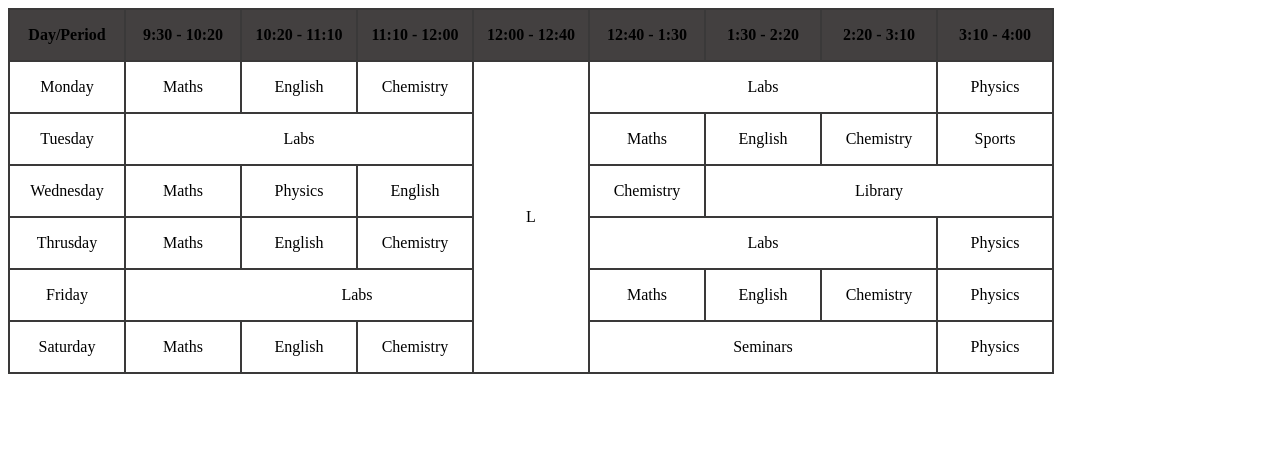
Repository: nir-github01/Html
Page: assign1-table.html
The author's editor kept a copy of each file at every save. The page is drawn from the files as they stood at one save, then again after the next save.
The browser window is 1280 px wide. The pictures show the whole page.

Above is the page before, as saved 2022-09-27 20:05:50.

After the next save:
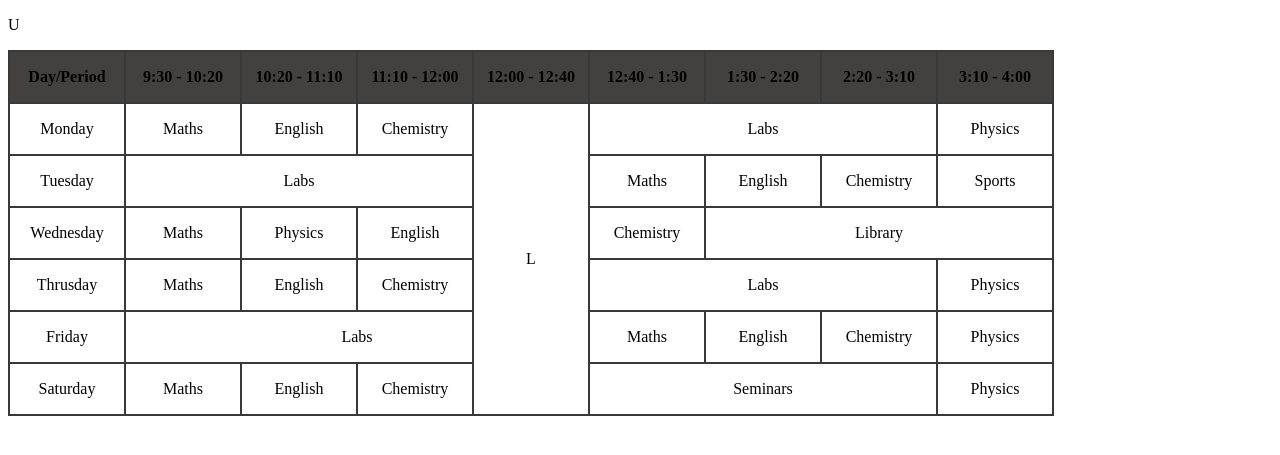
Saved 69 s later.
--- a/assign1-table.html
+++ b/assign1-table.html
@@ -55,6 +55,7 @@
             <tr>
                 <td>Tuesday</td>
                 <td colspan="3">Labs</td>
+                <p>U</p>
                 <td>Maths</td>
                 <td>English</td>
                 <td>Chemistry</td>

After the save that followed:
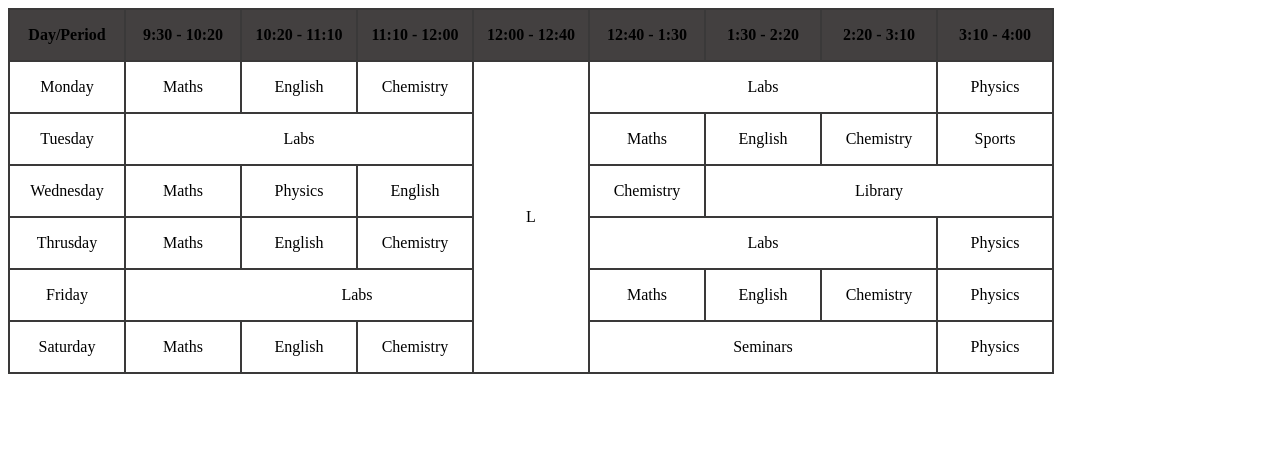
Saved 15 s later.
--- a/assign1-table.html
+++ b/assign1-table.html
@@ -55,7 +55,6 @@
             <tr>
                 <td>Tuesday</td>
                 <td colspan="3">Labs</td>
-                <p>U</p>
                 <td>Maths</td>
                 <td>English</td>
                 <td>Chemistry</td>
